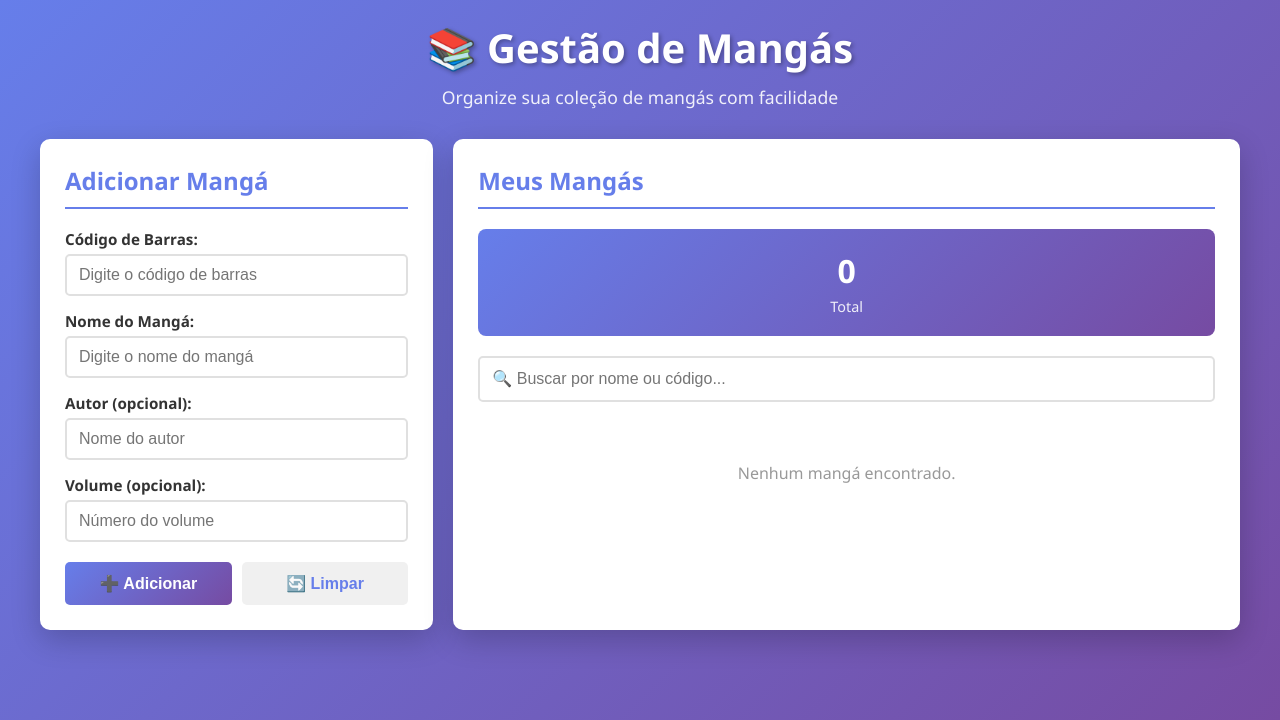
Repository: galzgames/manga
Page: !index.html
These files come from the project's save history. The page is drawn as it stood at one moment and after the next save; the edit follows.
The browser window is 1280 px wide. The pictures show the whole page.

Above is the page before, as saved 2026-01-15 11:07:12.

### !index.html
<!DOCTYPE html>
<html lang="pt-BR">
<head>
    <meta charset="UTF-8">
    <meta name="viewport" content="width=device-width, initial-scale=1.0">
    <title>Gestão de Mangás</title>
    <style>
        * {
            margin: 0;
            padding: 0;
            box-sizing: border-box;
        }

        body {
            font-family: 'Segoe UI', Tahoma, Geneva, Verdana, sans-serif;
            background: linear-gradient(135deg, #667eea 0%, #764ba2 100%);
            min-height: 100vh;
            padding: 20px;
        }

        .container {
            max-width: 1200px;
            margin: 0 auto;
        }

        .header {
            text-align: center;
            color: white;
            margin-bottom: 30px;
        }

        .header h1 {
            font-size: 2.5em;
            margin-bottom: 10px;
            text-shadow: 2px 2px 4px rgba(0,0,0,0.3);
        }

        .header p {
            font-size: 1.1em;
            opacity: 0.9;
        }

        .main-content {
            display: grid;
            grid-template-columns: 1fr 2fr;
            gap: 20px;
            margin-bottom: 20px;
        }

        .form-card, .list-card {
            background: white;
            border-radius: 10px;
            box-shadow: 0 10px 30px rgba(0,0,0,0.2);
            padding: 25px;
        }

        .form-card h2, .list-card h2 {
            color: #667eea;
            margin-bottom: 20px;
            font-size: 1.5em;
            border-bottom: 2px solid #667eea;
            padding-bottom: 10px;
        }

        .form-group {
            margin-bottom: 15px;
        }

        .form-group label {
            display: block;
            margin-bottom: 5px;
            color: #333;
            font-weight: 600;
            font-size: 0.95em;
        }

        .form-group input {
            width: 100%;
            padding: 10px 12px;
            border: 2px solid #e0e0e0;
            border-radius: 5px;
            font-size: 1em;
            transition: border-color 0.3s;
        }

        .form-group input:focus {
            outline: none;
            border-color: #667eea;
            box-shadow: 0 0 5px rgba(102, 126, 234, 0.3);
        }

        .button-group {
            display: flex;
            gap: 10px;
            margin-top: 20px;
        }

        button {
            flex: 1;
            padding: 12px;
            border: none;
            border-radius: 5px;
            font-size: 1em;
            font-weight: 600;
            cursor: pointer;
            transition: transform 0.2s, box-shadow 0.2s;
        }

        button:hover {
            transform: translateY(-2px);
            box-shadow: 0 5px 15px rgba(0,0,0,0.2);
        }

        .btn-add {
            background: linear-gradient(135deg, #667eea 0%, #764ba2 100%);
            color: white;
        }

        .btn-clear {
            background: #f0f0f0;
            color: #667eea;
        }

        .search-group {
            margin-bottom: 20px;
        }

        .search-group input {
            width: 100%;
            padding: 12px;
            border: 2px solid #e0e0e0;
            border-radius: 5px;
            font-size: 1em;
        }

        .stats {
            display: grid;
            grid-template-columns: repeat(auto-fit, minmax(150px, 1fr));
            gap: 15px;
            margin-bottom: 20px;
        }

        .stat-box {
            background: linear-gradient(135deg, #667eea 0%, #764ba2 100%);
            color: white;
            padding: 20px;
            border-radius: 8px;
            text-align: center;
        }

        .stat-box h3 {
            font-size: 2em;
            margin-bottom: 5px;
        }

        .stat-box p {
            font-size: 0.9em;
            opacity: 0.9;
        }

        .manga-list {
            display: flex;
            flex-direction: column;
            gap: 10px;
            max-height: 600px;
            overflow-y: auto;
        }

        .manga-item {
            background: #f9f9f9;
            border-left: 4px solid #667eea;
            padding: 15px;
            border-radius: 5px;
            display: flex;
            justify-content: space-between;
            align-items: center;
            transition: background 0.3s;
        }

        .manga-item:hover {
            background: #f0f0f0;
        }

        .manga-info {
            flex: 1;
        }

        .manga-name {
            font-weight: 600;
            color: #333;
            font-size: 1.05em;
            margin-bottom: 3px;
        }

        .manga-code {
            color: #667eea;
            font-size: 0.9em;
            font-family: 'Courier New', monospace;
        }

        .manga-date {
            color: #999;
            font-size: 0.85em;
            margin-top: 3px;
        }

        .manga-actions {
            display: flex;
            gap: 8px;
            margin-left: 10px;
        }

        .btn-edit, .btn-delete {
            padding: 6px 12px;
            border: none;
            border-radius: 4px;
            font-size: 0.9em;
            cursor: pointer;
            transition: transform 0.2s;
        }

        .btn-edit {
            background: #4CAF50;
            color: white;
        }

        .btn-delete {
            background: #f44336;
            color: white;
        }

        .btn-edit:hover, .btn-delete:hover {
            transform: scale(1.05);
        }

        .empty-state {
            text-align: center;
            color: #999;
            padding: 40px 20px;
        }

        .empty-state svg {
            width: 80px;
            height: 80px;
            margin-bottom: 15px;
            opacity: 0.5;
        }

        .modal {
            display: none;
            position: fixed;
            z-index: 1000;
            left: 0;
            top: 0;
            width: 100%;
            height: 100%;
            background-color: rgba(0,0,0,0.5);
        }

        .modal-content {
            background-color: white;
            margin: 10% auto;
            padding: 30px;
            border-radius: 10px;
            width: 90%;
            max-width: 400px;
            box-shadow: 0 10px 30px rgba(0,0,0,0.3);
        }

        .modal-content h2 {
            color: #667eea;
            margin-bottom: 20px;
        }

        .close {
            color: #aaa;
            float: right;
            font-size: 28px;
            font-weight: bold;
            cursor: pointer;
            line-height: 1;
        }

        .close:hover {
            color: #000;
        }

        .modal-buttons {
            display: flex;
            gap: 10px;
            margin-top: 20px;
        }

        .modal-buttons button {
            flex: 1;
        }

        .btn-save {
            background: linear-gradient(135deg, #667eea 0%, #764ba2 100%);
            color: white;
        }

        .btn-cancel {
            background: #f0f0f0;
            color: #667eea;
        }

        .message {
            padding: 15px;
            margin-bottom: 15px;
            border-radius: 5px;
            animation: slideDown 0.3s ease;
        }

        @keyframes slideDown {
            from {
                opacity: 0;
                transform: translateY(-10px);
            }
            to {
                opacity: 1;
                transform: translateY(0);
            }
        }

        .message.success {
            background: #d4edda;
            color: #155724;
            border: 1px solid #c3e6cb;
        }

        .message.error {
            background: #f8d7da;
            color: #721c24;
            border: 1px solid #f5c6cb;
        }

        @media (max-width: 768px) {
            .main-content {
                grid-template-columns: 1fr;
            }

            .header h1 {
                font-size: 2em;
            }

            .manga-actions {
                flex-direction: column;
            }
        }

        .scrollbar {
            scrollbar-width: thin;
            scrollbar-color: #667eea #f0f0f0;
        }

        .scrollbar::-webkit-scrollbar {
            width: 8px;
        }

        .scrollbar::-webkit-scrollbar-track {
            background: #f0f0f0;
            border-radius: 10px;
        }

        .scrollbar::-webkit-scrollbar-thumb {
            background: #667eea;
            border-radius: 10px;
        }

        .scrollbar::-webkit-scrollbar-thumb:hover {
            background: #764ba2;
        }

        .manga-item {
            display: grid;
            grid-template-columns: 120px 1fr auto;
            gap: 15px;
            align-items: start;
        }

        .manga-cover {
            width: 120px;
            height: 160px;
            border-radius: 8px;
            background: #e0e0e0;
            overflow: hidden;
            display: flex;
            align-items: center;
            justify-content: center;
            font-size: 3em;
            flex-shrink: 0;
        }

        .manga-cover img {
            width: 100%;
            height: 100%;
            object-fit: cover;
            border-radius: 8px;
        }

        .manga-info {
            display: flex;
            flex-direction: column;
            justify-content: center;
        }

        .btn-search-cover {
            background: #2196F3;
            color: white;
            padding: 6px 12px;
            margin-top: 10px;
            font-size: 0.85em;
        }

        .btn-search-cover:hover {
            transform: scale(1.05);
        }

        .loading {
            display: inline-block;
            width: 12px;
            height: 12px;
            border: 2px solid #667eea;
            border-radius: 50%;
            border-top-color: transparent;
            animation: spin 0.6s linear infinite;
        }

        @keyframes spin {
            to { transform: rotate(360deg); }
        }

        .form-group.cover-group {
            display: grid;
            grid-template-columns: 1fr auto;
            gap: 10px;
            align-items: flex-end;
        }

        .form-group.cover-group input {
            margin-bottom: 0;
        }

        .form-group.cover-group button {
            padding: 10px 12px;
            margin: 0;
            background: #2196F3;
            color: white;
            height: fit-content;
        }

        .preview-cover {
            width: 100px;
            height: 140px;
            border-radius: 8px;
            overflow: hidden;
            margin-top: 10px;
            background: #e0e0e0;
            display: flex;
            align-items: center;
            justify-content: center;
        }

        .preview-cover img {
            width: 100%;
            height: 100%;
            object-fit: cover;
        }
    </style>
</head>
<body>
    <div class="container">
        <div class="header">
            <h1>📚 Gestão de Mangás</h1>
            <p>Organize sua coleção de mangás com facilidade</p>
        </div>

        <div id="message-container"></div>

        <div class="main-content">
            <!-- Form Section -->
            <div class="form-card">
                <h2>Adicionar Mangá</h2>
                <form id="manga-form">
                    <div class="form-group">
                        <label for="codigo">Código de Barras:</label>
                        <input type="text" id="codigo" placeholder="Digite o código de barras" required>
                    </div>

                    <div class="form-group">
                        <label for="nome">Nome do Mangá:</label>
                        <input type="text" id="nome" placeholder="Digite o nome do mangá" required>
                    </div>

                    <div class="form-group">
                        <label for="autor">Autor (opcional):</label>
                        <input type="text" id="autor" placeholder="Nome do autor">
                    </div>

                    <div class="form-group">
                        <label for="volume">Volume (opcional):</label>
                        <input type="text" id="volume" placeholder="Número do volume">
                    </div>

                    <div class="button-group">
                        <button type="submit" class="btn-add">➕ Adicionar</button>
                        <button type="reset" class="btn-clear">🔄 Limpar</button>
                    </div>
                </form>
            </div>

            <!-- List Section -->
            <div class="list-card">
                <h2>Meus Mangás</h2>

                <div class="stats">
                    <div class="stat-box">
                        <h3 id="total-count">0</h3>
                        <p>Total</p>
                    </div>
                </div>

                <div class="search-group">
                    <input type="text" id="search" placeholder="🔍 Buscar por nome ou código...">
                </div>

                <div class="manga-list scrollbar" id="manga-list">
                    <div class="empty-state">
                        <p>Nenhum mangá cadastrado ainda.<br>Comece adicionando um!</p>
                    </div>
                </div>
            </div>
        </div>
    </div>

    <!-- Edit Modal -->
    <div id="editModal" class="modal">
        <div class="modal-content">
            <span class="close">&times;</span>
            <h2>Editar Mangá</h2>
            <form id="edit-form">
                <div class="form-group">
                    <label for="edit-codigo">Código de Barras:</label>
                    <input type="text" id="edit-codigo" required>
                </div>

                <div class="form-group">
                    <label for="edit-nome">Nome:</label>
                    <input type="text" id="edit-nome" required>
                </div>

                <div class="form-group">
                    <label for="edit-autor">Autor:</label>
                    <input type="text" id="edit-autor">
                </div>

                <div class="form-group">
                    <label for="edit-volume">Volume:</label>
                    <input type="text" id="edit-volume">
                </div>

                <div class="modal-buttons">
                    <button type="submit" class="btn-save">💾 Salvar</button>
                    <button type="button" class="btn-cancel" onclick="closeEditModal()">❌ Cancelar</button>
                </div>
            </form>
        </div>
    </div>

    <script>
        let mangas = [];
        let editingIndex = -1;

        // Initialize
        document.addEventListener('DOMContentLoaded', () => {
            loadMangas();
            renderMangas();
            setupEventListeners();
        });

        function setupEventListeners() {
            document.getElementById('manga-form').addEventListener('submit', addManga);
            document.getElementById('search').addEventListener('input', handleSearch);
            document.querySelector('.close').addEventListener('click', closeEditModal);
            window.addEventListener('click', (e) => {
                const modal = document.getElementById('editModal');
                if (e.target === modal) closeEditModal();
            });
        }

        function loadMangas() {
            const stored = localStorage.getItem('mangas');
            mangas = stored ? JSON.parse(stored) : [];
        }

        function saveMangas() {
            localStorage.setItem('mangas', JSON.stringify(mangas));
        }

        function addManga(e) {
            e.preventDefault();

            const codigo = document.getElementById('codigo').value.trim();
            const nome = document.getElementById('nome').value.trim();
            const autor = document.getElementById('autor').value.trim();
            const volume = document.getElementById('volume').value.trim();

            // Validate duplicate barcode
            if (mangas.some(m => m.codigo === codigo)) {
                showMessage('Este código de barras já está cadastrado!', 'error');
                return;
            }

            const manga = {
                id: Date.now(),
                codigo,
                nome,
                autor,
                volume,
                data: new Date().toLocaleDateString('pt-BR')
            };

            mangas.push(manga);
            saveMangas();
            renderMangas();
            document.getElementById('manga-form').reset();
            showMessage('Mangá adicionado com sucesso!', 'success');
        }

        function renderMangas(toRender = mangas) {
            const list = document.getElementById('manga-list');
            document.getElementById('total-count').textContent = mangas.length;

            if (toRender.length === 0) {
                list.innerHTML = '<div class="empty-state"><p>Nenhum mangá encontrado.</p></div>';
                return;
            }

            list.innerHTML = toRender.map((manga, index) => `
                <div class="manga-item">
                    <div class="manga-info">
                        <div class="manga-name">${escapeHtml(manga.nome)}</div>
                        <div class="manga-code">📦 ${escapeHtml(manga.codigo)}</div>
                        ${manga.autor ? `<div class="manga-code">✍️ ${escapeHtml(manga.autor)}</div>` : ''}
                        ${manga.volume ? `<div class="manga-code">📖 Vol. ${escapeHtml(manga.volume)}</div>` : ''}
                        <div class="manga-date">Adicionado: ${manga.data}</div>
                    </div>
                    <div class="manga-actions">
                        <button class="btn-edit" onclick="openEditModal(${manga.id})">✏️ Editar</button>
                        <button class="btn-delete" onclick="deleteManga(${manga.id})">🗑️ Deletar</button>
                    </div>
                </div>
            `).join('');
        }

        function deleteManga(id) {
            if (confirm('Tem certeza que deseja deletar este mangá?')) {
                mangas = mangas.filter(m => m.id !== id);
                saveMangas();
                renderMangas();
                showMessage('Mangá removido com sucesso!', 'success');
            }
        }

        function openEditModal(id) {
            editingIndex = mangas.findIndex(m => m.id === id);
            const manga = mangas[editingIndex];

            document.getElementById('edit-codigo').value = manga.codigo;
            document.getElementById('edit-nome').value = manga.nome;
            document.getElementById('edit-autor').value = manga.autor || '';
            document.getElementById('edit-volume').value = manga.volume || '';

            document.getElementById('editModal').style.display = 'block';
        }

        function closeEditModal() {
            document.getElementById('editModal').style.display = 'none';
            editingIndex = -1;
        }

        document.getElementById('edit-form').addEventListener('submit', (e) => {
            e.preventDefault();

            const codigo = document.getElementById('edit-codigo').value.trim();
            const nome = document.getElementById('edit-nome').value.trim();
            const autor = document.getElementById('edit-autor').value.trim();
            const volume = document.getElementById('edit-volume').value.trim();

            // Check for duplicate code (excluding current manga)
            if (mangas.some((m, i) => m.codigo === codigo && i !== editingIndex)) {
                showMessage('Este código de barras já está cadastrado!', 'error');
                return;
            }

            mangas[editingIndex] = {
                ...mangas[editingIndex],
                codigo,
                nome,
                autor,
                volume
            };

            saveMangas();
            renderMangas();
            closeEditModal();
            showMessage('Mangá atualizado com sucesso!', 'success');
        });

        function handleSearch(e) {
            const query = e.target.value.toLowerCase();
            const filtered = mangas.filter(manga =>
                manga.nome.toLowerCase().includes(query) ||
                manga.codigo.toLowerCase().includes(query)
            );
            renderMangas(filtered);
        }

        function showMessage(text, type) {
            const container = document.getElementById('message-container');
            const message = document.createElement('div');
            message.className = `message ${type}`;
            message.textContent = text;
            container.appendChild(message);

            setTimeout(() => {
                message.remove();
            }, 3000);
        }

        function escapeHtml(text) {
            const map = {
                '&': '&amp;',
                '<': '&lt;',
                '>': '&gt;',
                '"': '&quot;',
                "'": '&#039;'
            };
            return text.replace(/[&<>"']/g, m => map[m]);
        }
    </script>
</body>
</html>

After the next save:
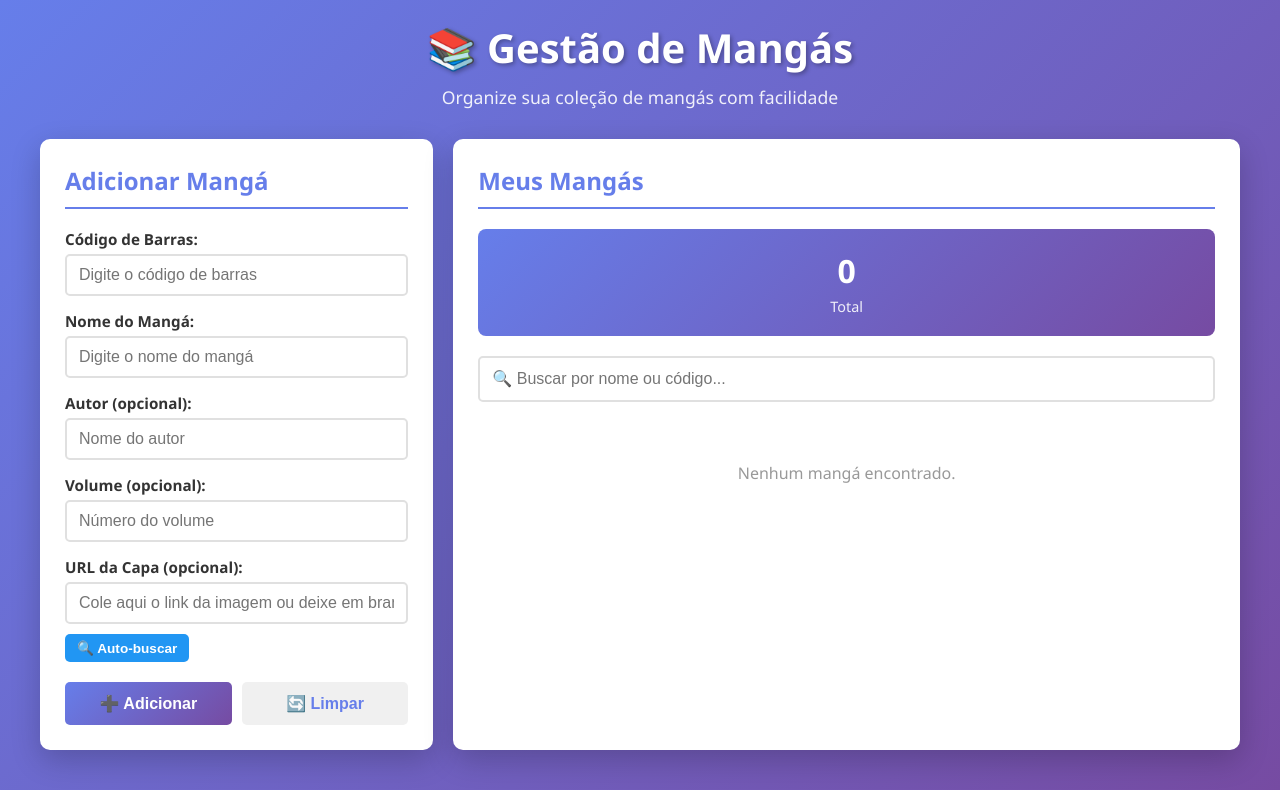
Saved 6 s later.
--- a/!index.html
+++ b/!index.html
@@ -503,6 +503,17 @@
                         <input type="text" id="volume" placeholder="Número do volume">
                     </div>
 
+                    <div class="form-group">
+                        <label for="capa">URL da Capa (opcional):</label>
+                        <div class="cover-group">
+                            <input type="text" id="capa" placeholder="Cole aqui o link da imagem ou deixe em branco">
+                            <button type="button" id="btn-buscar-capa" class="btn-search-cover">🔍 Auto-buscar</button>
+                        </div>
+                        <div class="preview-cover" id="preview-capa" style="display: none;">
+                            <img id="preview-img" src="" alt="Capa">
+                        </div>
+                    </div>
+
                     <div class="button-group">
                         <button type="submit" class="btn-add">➕ Adicionar</button>
                         <button type="reset" class="btn-clear">🔄 Limpar</button>
